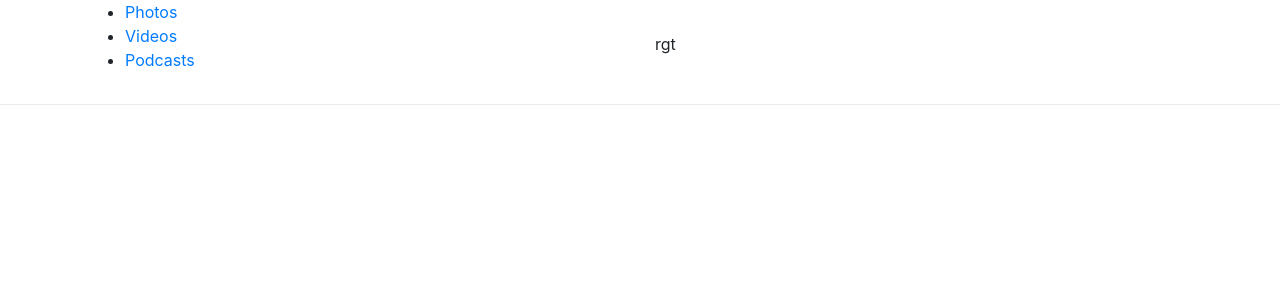
Repository: densavi/djinni
Page: index.html
These files come from the project's save history. The page is drawn as it stood at one moment and after the next save; the edit follows.
The browser window is 1280 px wide. The pictures show the whole page.
The style sheet was rebuilt from its Sass, Less or Tailwind sources for each picture, by a compiler version that may differ from the author's.

Above is the page before, as saved 2023-04-10 21:20:54.
Console error (its wording comes from the project's code and is left out).

After the next save:
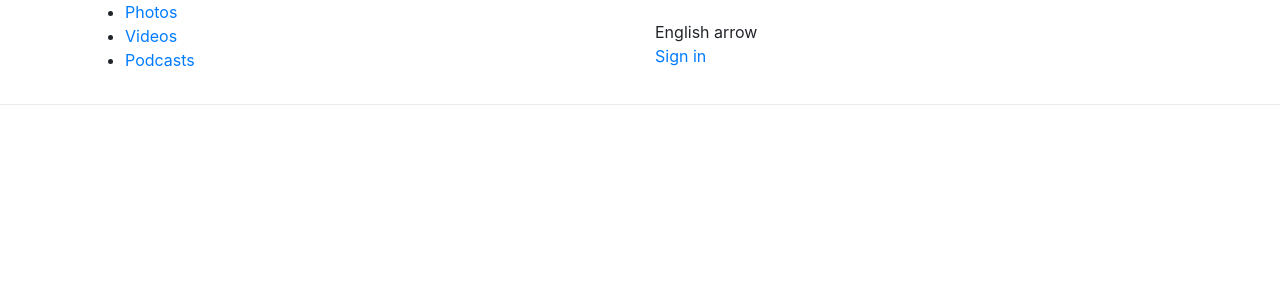
Saved 77 s later.
--- a/index.html
+++ b/index.html
@@ -22,7 +22,15 @@
             </ul>
           </nav>
         </div>
-        <div class="col">rgt</div>
+        <div class="col">
+          <div class="header__lang">
+            <span>
+              English
+              arrow
+            </span>
+          </div>
+          <a href="#" class="header__sign-in">Sign in</a>
+        </div>
       </div>
     </div>
   </header>
